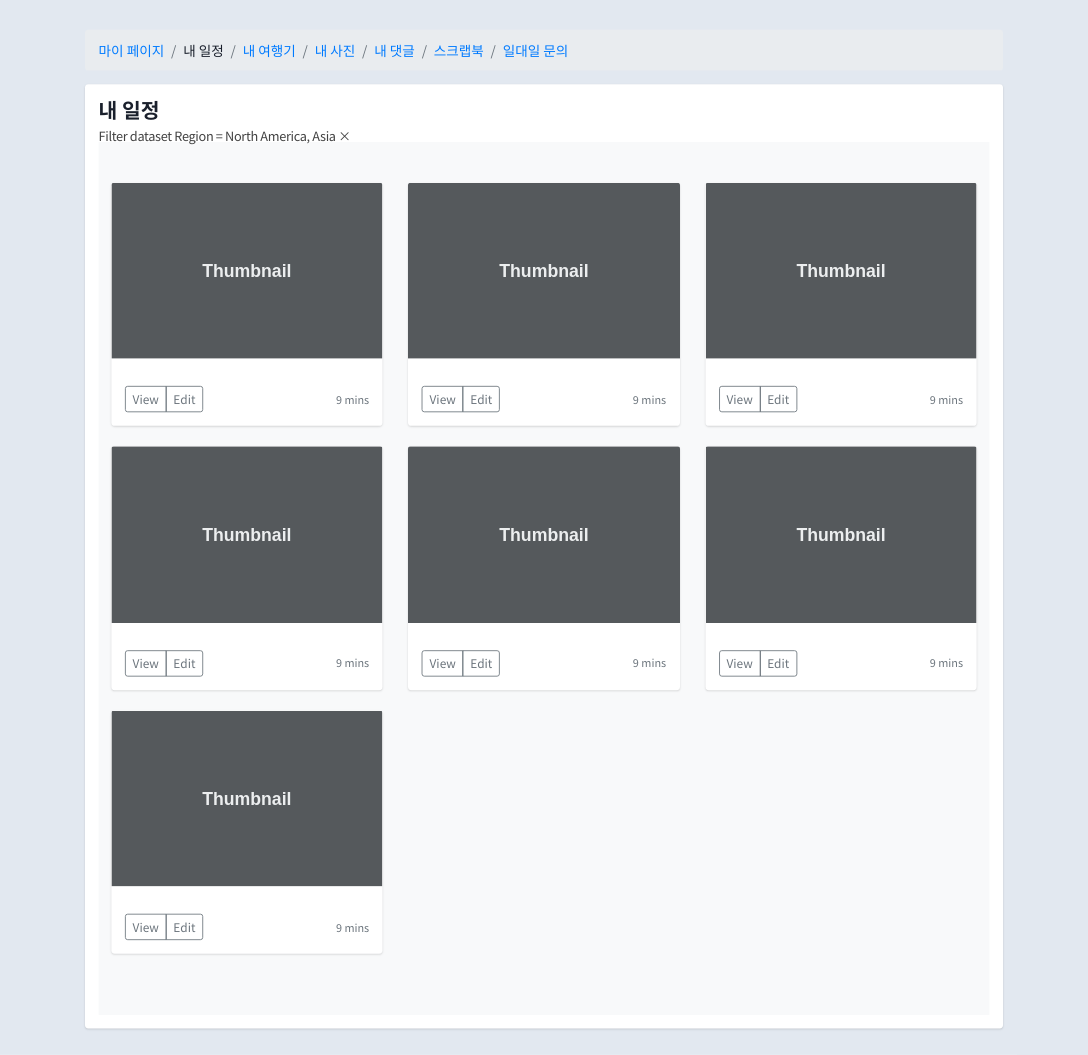
Repository: jangseohyun/LEGGO_2021
Page: http://localhost/PrjApp/MyTrip.jsp
The author's editor kept a copy of each file at every save. The page is drawn from the files as they stood at one save, then again after the next save.
The browser window is 1280 px wide. The pictures show the whole page, at 85% of full size.
Some web libraries are served in a nearby version. The page is served by Tomcat 9. Other server files are loaded and not shown.

Above is the page before, as saved 2021-06-30 09:41:04.

### PrjApp/WebContent/MyTrip.jsp
<%@ page contentType="text/html; charset=UTF-8"%>
<%@ taglib prefix="c" uri="http://java.sun.com/jsp/jstl/core"%>
<%
	request.setCharacterEncoding("UTF-8");
String cp = request.getContextPath();
%>
<!DOCTYPE html>
<head>
<meta charset="utf-8">
<!--  This file has been downloaded from bootdey.com @bootdey on twitter -->
<!--  All snippets are MIT license http://bootdey.com/license -->
<title>MyPlan.jsp</title>
<meta name="viewport" content="width=device-width, initial-scale=1">
<script src="https://code.jquery.com/jquery-1.10.2.min.js"></script>
<link
	href="https://cdn.jsdelivr.net/npm/bootstrap@4.4.1/dist/css/bootstrap.min.css"
	rel="stylesheet">
<script
	src="https://cdn.jsdelivr.net/npm/bootstrap@4.4.1/dist/js/bootstrap.bundle.min.js"></script>
<link rel="preconnect" href="https://fonts.googleapis.com">
<link rel="preconnect" href="https://fonts.gstatic.com" crossorigin>
<link
	href="https://fonts.googleapis.com/css2?family=Noto+Sans+KR:wght@400;700&display=swap"
	rel="stylesheet">
</head>
<body>
	<div class="container">
		<div class="main-body">

			<!-- 상단 메뉴 -->
			<nav aria-label="breadcrumb" class="main-breadcrumb">
				<ol class="breadcrumb">
					<li class="breadcrumb-item" aria-current="page"><a
						href="/PrjApp/Profile.jsp">마이 페이지</a></li>
					<li class="breadcrumb-item">내 일정</li>
					<li class="breadcrumb-item"><a href="">내 여행기</a></li>
					<li class="breadcrumb-item"><a href="">내 사진</a></li>
					<li class="breadcrumb-item"><a href="">내 댓글</a></li>
					<li class="breadcrumb-item"><a href="">스크랩북</a></li>
					<li class="breadcrumb-item"><a href="">일대일 문의</a></li>
				</ol>
			</nav>
			<!-- 일정 -->
			<div class="card mb-3">
				<div class="card-body">
					<h4 style="font-weight: bold;">내 일정</h4>
					<div class="filter-bar">
						<a class="filter-dropdown"><i class="fa fa-filter"
							aria-hidden="true"></i><i class="fa fa-plus filter-hidden"
							aria-hidden="true"></i><span class="filter-dropdown-text">Filter
								dataset</span> </a> <a class="filter filter-hidden"> Region <span
							class="operator">=</span> North America, Asia
						</a><a class="filter-remove filter-hidden">&times;</a> </a>
					</div>
					<div class="album py-5 bg-light">
						<div class="container">
							<div class="row">
								<div class="col-md-4">
									<div class="card mb-4 box-shadow">
										<img class="card-img-top"
											data-src="holder.js/100px225?theme=thumb&amp;bg=55595c&amp;fg=eceeef&amp;text=Thumbnail"
											alt="Thumbnail [100%x225]"
											style="height: 100%; width: 100%; display: block;"
											src="data:[embedded picture, 710 characters]"
											data-holder-rendered="true">
										<div class="card-body">
											<p class="card-text"></p>
											<div
												class="d-flex justify-content-between align-items-center">
												<div class="btn-group">
													<button type="button"
														class="btn btn-sm btn-outline-secondary">View</button>
													<button type="button"
														class="btn btn-sm btn-outline-secondary">Edit</button>
												</div>
												<small class="text-muted">9 mins</small>
											</div>
										</div>
									</div>
								</div>
								<div class="col-md-4">
									<div class="card mb-4 box-shadow">
										<img class="card-img-top"
											data-src="holder.js/100px225?theme=thumb&amp;bg=55595c&amp;fg=eceeef&amp;text=Thumbnail"
											alt="Thumbnail [100%x225]"
											src="data:[embedded picture, 710 characters]"
											data-holder-rendered="true"
											style="height: 100%; width: 100%; display: block;">
										<div class="card-body">
											<p class="card-text"></p>
											<div
												class="d-flex justify-content-between align-items-center">
												<div class="btn-group">
													<button type="button"
														class="btn btn-sm btn-outline-secondary">View</button>
													<button type="button"
														class="btn btn-sm btn-outline-secondary">Edit</button>
												</div>
												<small class="text-muted">9 mins</small>
											</div>
										</div>
									</div>
								</div>
								<div class="col-md-4">
									<div class="card mb-4 box-shadow">
										<img class="card-img-top"
											data-src="holder.js/100px225?theme=thumb&amp;bg=55595c&amp;fg=eceeef&amp;text=Thumbnail"
											alt="Thumbnail [100%x225]"
											src="data:[embedded picture, 710 characters]"
											data-holder-rendered="true"
											style="height: 100%; width: 100%; display: block;">
										<div class="card-body">
											<p class="card-text"></p>
											<div
												class="d-flex justify-content-between align-items-center">
												<div class="btn-group">
													<button type="button"
														class="btn btn-sm btn-outline-secondary">View</button>
													<button type="button"
														class="btn btn-sm btn-outline-secondary">Edit</button>
												</div>
												<small class="text-muted">9 mins</small>
											</div>
										</div>
									</div>
								</div>
								<div class="col-md-4">
									<div class="card mb-4 box-shadow">
										<img class="card-img-top"
											data-src="holder.js/100px225?theme=thumb&amp;bg=55595c&amp;fg=eceeef&amp;text=Thumbnail"
											alt="Thumbnail [100%x225]"
											src="data:[embedded picture, 710 characters]"
											data-holder-rendered="true"
											style="height: 100%; width: 100%; display: block;">
										<div class="card-body">
											<p class="card-text"></p>
											<div
												class="d-flex justify-content-between align-items-center">
												<div class="btn-group">
													<button type="button"
														class="btn btn-sm btn-outline-secondary">View</button>
													<button type="button"
														class="btn btn-sm btn-outline-secondary">Edit</button>
												</div>
												<small class="text-muted">9 mins</small>
											</div>
										</div>
									</div>
								</div>
								<div class="col-md-4">
									<div class="card mb-4 box-shadow">
										<img class="card-img-top"
											data-src="holder.js/100px225?theme=thumb&amp;bg=55595c&amp;fg=eceeef&amp;text=Thumbnail"
											alt="Thumbnail [100%x225]"
											src="data:[embedded picture, 710 characters]"
											data-holder-rendered="true"
											style="height: 100%; width: 100%; display: block;">
										<div class="card-body">
											<p class="card-text"></p>
											<div
												class="d-flex justify-content-between align-items-center">
												<div class="btn-group">
													<button type="button"
														class="btn btn-sm btn-outline-secondary">View</button>
													<button type="button"
														class="btn btn-sm btn-outline-secondary">Edit</button>
												</div>
												<small class="text-muted">9 mins</small>
											</div>
										</div>
									</div>
								</div>
								<div class="col-md-4">
									<div class="card mb-4 box-shadow">
										<img class="card-img-top"
											data-src="holder.js/100px225?theme=thumb&amp;bg=55595c&amp;fg=eceeef&amp;text=Thumbnail"
											alt="Thumbnail [100%x225]"
											src="data:[embedded picture, 710 characters]"
											data-holder-rendered="true"
											style="height: 100%; width: 100%; display: block;">
										<div class="card-body">
											<p class="card-text"></p>
											<div
												class="d-flex justify-content-between align-items-center">
												<div class="btn-group">
													<button type="button"
														class="btn btn-sm btn-outline-secondary">View</button>
													<button type="button"
														class="btn btn-sm btn-outline-secondary">Edit</button>
												</div>
												<small class="text-muted">9 mins</small>
											</div>
										</div>
									</div>
								</div>
								<div class="col-md-4">
									<div class="card mb-4 box-shadow">
										<img class="card-img-top"
											data-src="holder.js/100px225?theme=thumb&amp;bg=55595c&amp;fg=eceeef&amp;text=Thumbnail"
											alt="Thumbnail [100%x225]"
											src="data:[embedded picture, 710 characters]"
											data-holder-rendered="true"
											style="height: 100%; width: 100%; display: block;">
										<div class="card-body">
											<p class="card-text"></p>
											<div
												class="d-flex justify-content-between align-items-center">
												<div class="btn-group">
													<button type="button"
														class="btn btn-sm btn-outline-secondary">View</button>
													<button type="button"
														class="btn btn-sm btn-outline-secondary">Edit</button>
												</div>
												<small class="text-muted">9 mins</small>
											</div>
										</div>
									</div>
								</div>
							</div>
						</div>
					</div>
				</div>
			</div>

			<style type="text/css">
body {
	margin-top: 20px;
	color: #1a202c;
	text-align: left;
	background-color: #e2e8f0;
	font-family: 'Noto Sans KR', sans-serif;
}

.main-body {
	padding: 15px;
}

.card {
	box-shadow: 0 1px 3px 0 rgba(0, 0, 0, .1), 0 1px 2px 0
		rgba(0, 0, 0, .06);
}

.card {
	position: relative;
	display: flex;
	flex-direction: column;
	min-width: 0;
	word-wrap: break-word;
	background-color: #fff;
	background-clip: border-box;
	border: 0 solid rgba(0, 0, 0, .125);
	border-radius: .25rem;
}

.card-body {
	flex: 1 1 auto;
	min-height: 1px;
	padding: 1rem;
}

.gutters-sm {
	margin-right: -8px;
	margin-left: -8px;
}

.gutters-sm>.col, .gutters-sm>[class*=col-] {
	padding-right: 8px;
	padding-left: 8px;
}

.mb-3, .my-3 {
	margin-bottom: 1rem !important;
}

.bg-gray-300 {
	background-color: #e2e8f0;
}

.h-100 {
	height: 100% !important;
}

.shadow-none {
	box-shadow: none !important;
}

.w-90 {
	width: 90% !important;
}

.filter-bar {
	color: #424242;
	line-height: 1;
	font-family: "Noto Sans KR", sans-serif;
	-webkit-font-smoothing: antialiased;
	letter-spacing: -0.4px;
	font-size: 15px;
	-webkit-box-direction: normal;
	-webkit-tap-highlight-color: transparent;
	-webkit-box-flex: 0;
	flex: 0 0 auto;
	min-width: 0;
	margin: 0;
	padding: 0;
	list-style: none;
	white-space: nowrap;
}
</style>
</body>
</html>

After the next save:
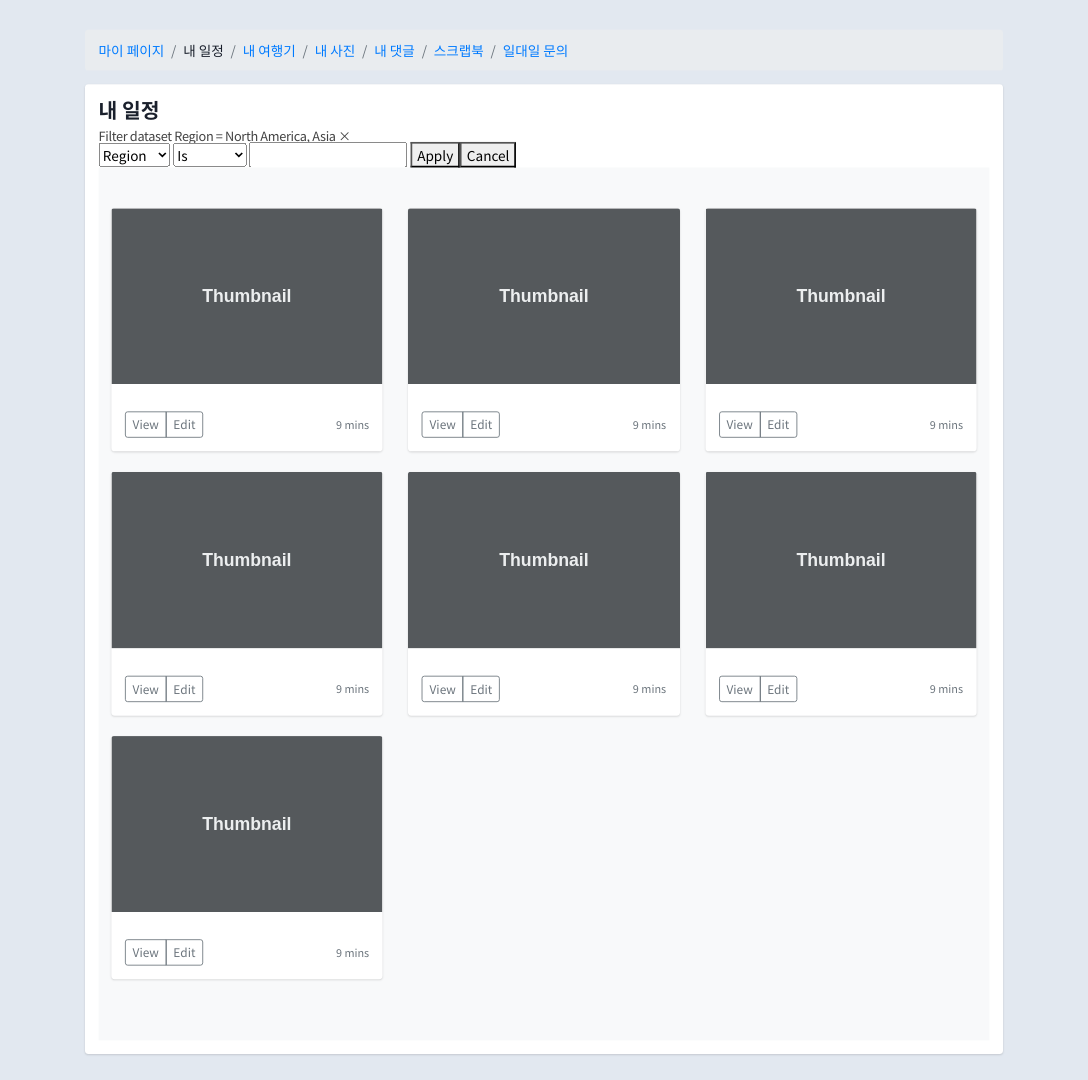
Saved 14 s later.
--- a/PrjApp/WebContent/MyTrip.jsp
+++ b/PrjApp/WebContent/MyTrip.jsp
@@ -44,14 +44,32 @@ String cp = request.getContextPath();
 			<div class="card mb-3">
 				<div class="card-body">
 					<h4 style="font-weight: bold;">내 일정</h4>
-					<div class="filter-bar">
-						<a class="filter-dropdown"><i class="fa fa-filter"
-							aria-hidden="true"></i><i class="fa fa-plus filter-hidden"
-							aria-hidden="true"></i><span class="filter-dropdown-text">Filter
-								dataset</span> </a> <a class="filter filter-hidden"> Region <span
-							class="operator">=</span> North America, Asia
-						</a><a class="filter-remove filter-hidden">&times;</a> </a>
-					</div>
+					<div class="config-panel">
+</div>
+
+<div class="filter-bar">
+  <a class="filter-dropdown"><i class="fa fa-filter" aria-hidden="true"></i><i class="fa fa-plus filter-hidden" aria-hidden="true"></i><span class="filter-dropdown-text">Filter dataset</span> </a>
+  <a class="filter filter-hidden">
+    Region <span class="operator">=</span> North America, Asia </a><a class="filter-remove filter-hidden">&times;</a>
+  </a>
+</div>
+
+<div class="edit-filter-modal hidden"><select>
+  <option>Region</option>
+  <option>String</option>
+  <option>Date</option>
+  <option>Number</option>
+  </select>
+  <select>
+  <option>Is</option>
+  <option>Is not</option>
+  <option>Is set</option>
+  <option>Is empty</option>
+  </select>
+  <input>
+  <button class="apply-button">Apply</button><button class="text-button">Cancel</button>
+</div>
+
 					<div class="album py-5 bg-light">
 						<div class="container">
 							<div class="row">
